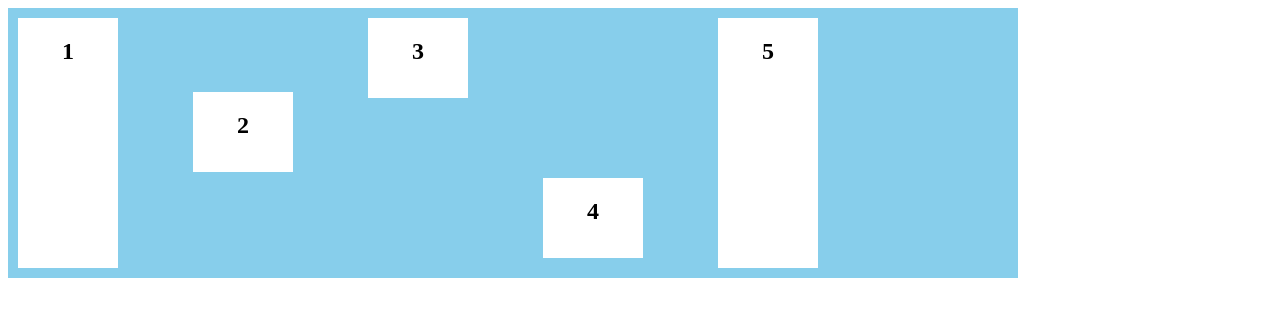
Repository: harshitanthal1/assignments_avisoft
Page: 01-02-2024/assignment_1/index.html
An editor plug-in stored every save of this project. The page is shown before and after the next save, followed by the edit.
The browser window is 1280 px wide. The pictures show the whole page.

Above is the page before, as saved 2024-02-01 13:07:25.

After the next save:
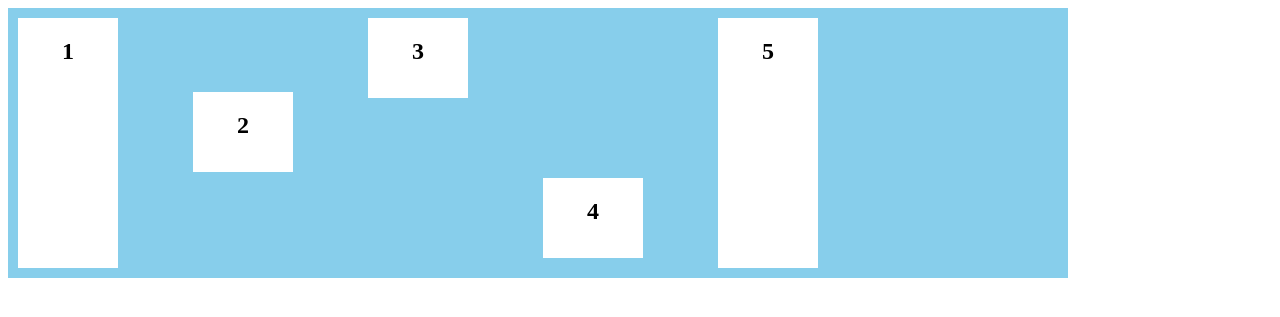
Saved 64 s later.
--- a/01-02-2024/assignment_1/styles/styles.css
+++ b/01-02-2024/assignment_1/styles/styles.css
@@ -5,7 +5,7 @@
     display: flex;
     justify-content: space-between;
     padding: 10px;
-    padding-right: 200px;
+    padding-right: 250px;
 }
 
 #box-1 {
